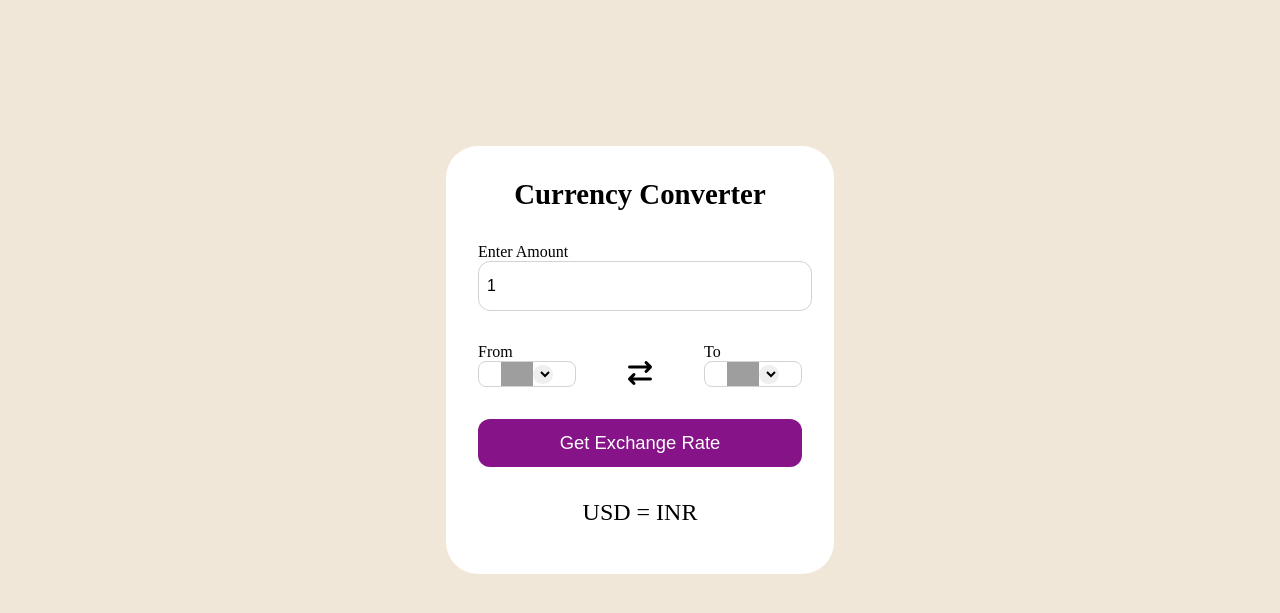
Repository: Saieebawake/Currency-Converter
Page: currconverter.html
An editor plug-in stored every save of this project. The page is shown before and after a run of saves, followed by the edit.
The browser window is 1280 px wide. The pictures show the whole page.
Pictures or frames that could not be fetched are drawn as grey boxes.

Above is the page before, as saved 2026-09-21 12:23:45.
Console error: SyntaxError: Malformed arrow function parameter list

### currconverter.html
<!DOCTYPE html>
<html lang="en">
<head>
    <meta charset="UTF-8">
    <meta name="viewport" content="width=device-width, initial-scale=1.0">
    <title>Currency Converter</title>
    <link href="currconverter.css" rel="stylesheet"/>
    <link rel="stylesheet"
    href="https://cdnjs.cloudflare.com/ajax/libs/font-awesome/7.3.1/css/all.min.css"
    integrity="sha512-QeR2VH+lsBE5LSAe1Q5EnTBbe7XTBubt8dG93Y7gidSgdMCr8nVqKcfKAMyN96SV8KDbZVTDXChatu5G2KQGzg=="
    crossorigin="anonymous"
    referrerpolicy="no-referrer"/>
</head>
<body>
    <div class="container">
        <h2>Currency Converter</h2>
        <form>
            <div class="amount">
                <p>Enter Amount</p>
                <input value="1" type="text">
            </div>
            <div class="dropdown">
                <div class="from">
                    <p>From</p>
                    <div class="select-container">
                        <img src="https://flagsapi.com/US/flat/64.png">
                        <select name="from"></select>
                    </div>
                </div>
                <i class="fa-solid fa-arrow-right-arrow-left"></i>
                <div class="to">
                    <p>To</p>
                    <div class="select-container">
                        <img src="https://flagsapi.com/IN/flat/64.png">
                        <select name="to"></select>
                    </div>
                </div>
            </div>
            <button>Get Exchange Rate</button>
            <div class="msg">USD = INR</div>
        </form>
    </div>
    <script src="countrycodes.js"></script>
    <script src="currconverter.js"></script>
</body>
</html>

### currconverter.css
* {
    margin: 0;
    padding: 0;
}

body {
    display: flex;
    justify-content: center;
    align-items: center;
    min-height: 100vh;
    background-color :#F0E7D8;
}

h2 {
    text-align: center;
    font-size: 1.8rem;
}

.container {
    background-color: white;
    padding: 2rem;
    border-radius: 2rem;
    min-height: 45vh;
    width: 45vh;
}

form {
    margin: 2rem 0 1rem 0;
}

form select, button, input {
    width: 100%;
    border: none;
    outline: none;
    border-radius: 0.75rem;
}

form input{
    border: 1px solid lightgray;
    font-size: 1rem;
    height: 3rem;
    padding-left: 0.5rem;
}

.dropdown {
    display: flex;
    justify-content: space-between;
    align-items: center;
    margin-top: 2rem;
}

.dropdown i {
    font-size: 1.5rem;
    margin-top: 1rem;
}

.select-container img {
    max-width: 2rem;
}

.select-container {
    display: flex;
    width: 6rem;
    justify-content: center;
    align-items: center;
    border-radius: 0.5rem;
    border: 1px solid lightgray;
}

.select-container select {
    font-size: 1rem;
    width: auto;
}

.msg {
    text-align: center;
    font-size: 1.5rem;
    font-style: bold;
}

form button {
    height: 3rem;
    background-color: #861388;
    color: white;
    font-size: 1.15rem;
    cursor: pointer;
    margin: 2rem 0 2rem 0;
}

### countrycodes.js
const countryList = {
  AED: "AE",
  AFN: "AF",
  XCD: "AG",
  ALL: "AL",
  AMD: "AM",
  ANG: "AN",
  AOA: "AO",
  AQD: "AQ",
  ARS: "AR",
  AUD: "AU",
  AZN: "AZ",
  BAM: "BA",
  BBD: "BB",
  BDT: "BD",
  XOF: "BE",
  BGN: "BG",
  BHD: "BH",
  BIF: "BI",
  BMD: "BM",
  BND: "BN",
  BOB: "BO",
  BRL: "BR",
  BSD: "BS",
  NOK: "BV",
  BWP: "BW",
  BYR: "BY",
  BZD: "BZ",
  CAD: "CA",
  CDF: "CD",
  XAF: "CF",
  CHF: "CH",
  CLP: "CL",
  CNY: "CN",
  COP: "CO",
  CRC: "CR",
  CUP: "CU",
  CVE: "CV",
  CYP: "CY",
  CZK: "CZ",
  DJF: "DJ",
  DKK: "DK",
  DOP: "DO",
  DZD: "DZ",
  ECS: "EC",
  EEK: "EE",
  EGP: "EG",
  ETB: "ET",
  EUR: "FR",
  FJD: "FJ",
  FKP: "FK",
  GBP: "GB",
  GEL: "GE",
  GGP: "GG",
  GHS: "GH",
  GIP: "GI",
  GMD: "GM",
  GNF: "GN",
  GTQ: "GT",
  GYD: "GY",
  HKD: "HK",
  HNL: "HN",
  HRK: "HR",
  HTG: "HT",
  HUF: "HU",
  IDR: "ID",
  ILS: "IL",
  INR: "IN",
  IQD: "IQ",
  IRR: "IR",
  ISK: "IS",
  JMD: "JM",
  JOD: "JO",
  JPY: "JP",
  KES: "KE",
  KGS: "KG",
  KHR: "KH",
  KMF: "KM",
  KPW: "KP",
  KRW: "KR",
  KWD: "KW",
  KYD: "KY",
  KZT: "KZ",
  LAK: "LA",
  LBP: "LB",
  LKR: "LK",
  LRD: "LR",
  LSL: "LS",
  LTL: "LT",
  LVL: "LV",
  LYD: "LY",
  MAD: "MA",
  MDL: "MD",
  MGA: "MG",
  MKD: "MK",
  MMK: "MM",
  MNT: "MN",
  MOP: "MO",
  MRO: "MR",
  MTL: "MT",
  MUR: "MU",
  MVR: "MV",
  MWK: "MW",
  MXN: "MX",
  MYR: "MY",
  MZN: "MZ",
  NAD: "NA",
  XPF: "NC",
  NGN: "NG",
  NIO: "NI",
  NPR: "NP",
  NZD: "NZ",
  OMR: "OM",
  PAB: "PA",
  PEN: "PE",
  PGK: "PG",
  PHP: "PH",
  PKR: "PK",
  PLN: "PL",
  PYG: "PY",
  QAR: "QA",
  RON: "RO",
  RSD: "RS",
  RUB: "RU",
  RWF: "RW",
  SAR: "SA",
  SBD: "SB",
  SCR: "SC",
  SDG: "SD",
  SEK: "SE",
  SGD: "SG",
  SKK: "SK",
  SLL: "SL",
  SOS: "SO",
  SRD: "SR",
  STD: "ST",
  SVC: "SV",
  SYP: "SY",
  SZL: "SZ",
  THB: "TH",
  TJS: "TJ",
  TMT: "TM",
  TND: "TN",
  TOP: "TO",
  TRY: "TR",
  TTD: "TT",
  TWD: "TW",
  TZS: "TZ",
  UAH: "UA",
  UGX: "UG",
  USD: "US",
  UYU: "UY",
  UZS: "UZ",
  VEF: "VE",
  VND: "VN",
  VUV: "VU",
  YER: "YE",
  ZAR: "ZA",
  ZMK: "ZM",
  ZWD: "ZW",
};

### currconverter.js
const BASE_URL = "https://api.frankfurter.dev/v2/rate";

const dropdowns = document.querySelectorAll(".dropdown select");
const btn = document.querySelector("form button");
const fromCurr = document.querySelector(".from select");
const toCurr = document.querySelector(".to select");
const msg = document.querySelector(".msg");

document.addEventListener("load" =>

for(let select of dropdowns) {
    for(currCode in countryList) {
        let newOption = document.createElement("option");
        newOption.innerText = currCode;
        newOption.value = currCode;
        if(select.name === "from" && currCode === "USD") {
            newOption.selected = "selected";
        } else if(select.name === "to" && currCode === "INR") {
            newOption.selected = "selected";
        }
        select.append(newOption);
    }
    select.addEventListener("change", (evt) =>{
        updateFlag(evt.target);
    })
}

const updateFlag = (element) => {
    let currCode = element.value;
    let countryCode = countryList[currCode];
    let newSrc = `https://flagsapi.com/${countryCode}/flat/64.png`;
    let img = element.parentElement.querySelector("img");
    img.src = newSrc;
};

btn.addEventListener("click", async(evt) => {
    evt.preventDefault();
    let amount = document.querySelector(".amount input");
    let amtVal = amount.value;
    if(amtVal === "" || amtVal < 1) {
        amtVal = 1;
        amount.value = "1";
    }

    const URL = `${BASE_URL}/${fromCurr.value.toLowerCase()}/${toCurr.value.toLowerCase()}`;
    let response = await fetch(URL);
    let data = await response.json();
    let rate = data.rate;

    let finalAmount = amtVal * rate;
    msg.innerText = `${amtVal} ${fromCurr.value} = ${finalAmount} ${toCurr.value}`
});

After the next 5 saves:
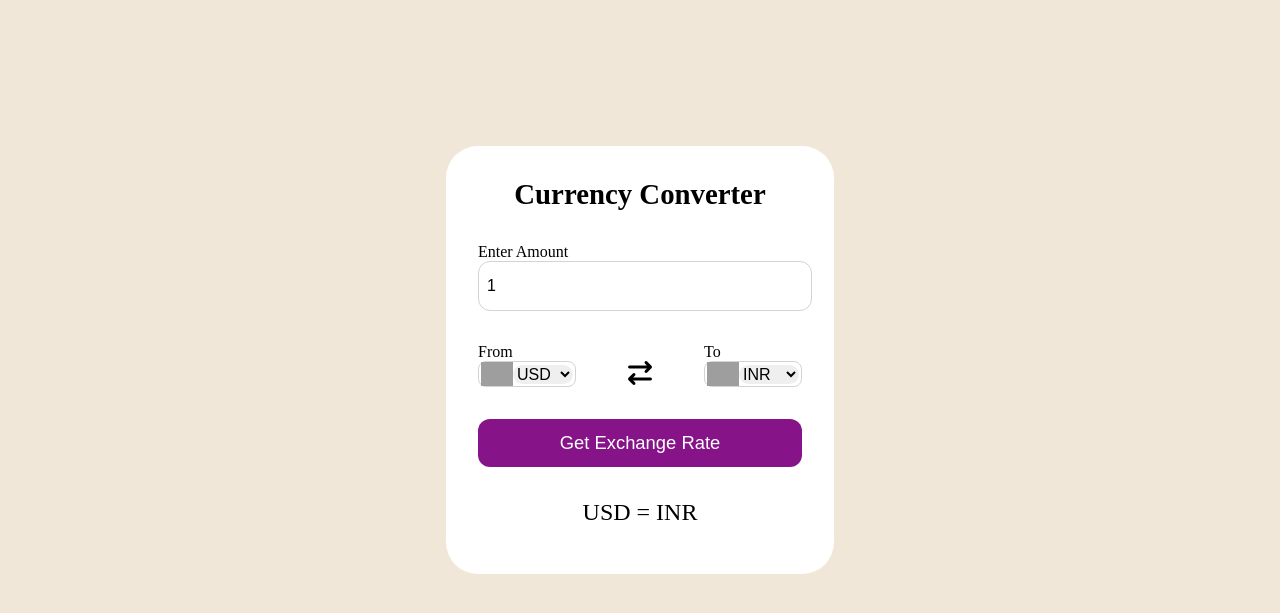
The error is gone.
The 5 saves are shown as one change because they came seconds apart.
The last was saved 14 s later.
--- a/currconverter.js
+++ b/currconverter.js
@@ -6,7 +6,9 @@ const fromCurr = document.querySelector(".from select");
 const toCurr = document.querySelector(".to select");
 const msg = document.querySelector(".msg");
 
-document.addEventListener("load" =>
+document.addEventListener("load", ()  => {
+
+});
 
 for(let select of dropdowns) {
     for(currCode in countryList) {
